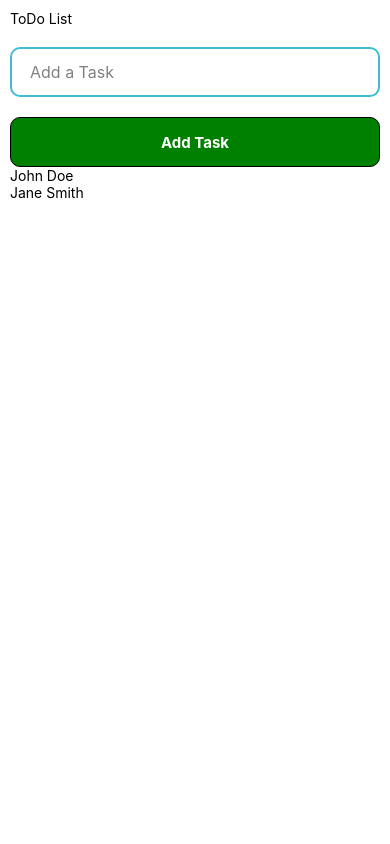
Repository: raisingh22/Projects
Screen: /
An editor plug-in stored every save of this project. The screen is shown before and after a run of saves, followed by the edit.
The app was drawn by React Native's web renderer in a window 390 px wide. The project was rebuilt for these pictures with package versions that can differ from the ones it lists, and the page was loaded fresh each time.

Above is the screen before, as saved 2024-01-21 19:10:13.

### App.js
import { View, Text, SafeAreaView } from 'react-native'
import React from 'react'
import ToDo from './src/ToDoList/screens/ToDo'

const App = () => {
  return (
   <SafeAreaView style={{
    flex:1
   }}>
     <ToDo/>
   </SafeAreaView>
  )
}

export default App

### src/ToDoList/screens/ToDo.js
import {StyleSheet, Text, TextInput, View} from 'react-native';
import React from 'react';
import MyBtn from '../../components/MyBtn';
import MyFlatList from '../../components/MyFlatList';

const DummyData = [
  {
    id: '1',
    name: 'John Doe',
  },
  {
    id: '2',
    name: 'Jane Smith',
  },
];
const ToDo = () => {
  return (
    <View
      style={{
        margin: 10,
      }}>
      <Text>ToDo List</Text>
      <TextInput
        placeholder="Add a Task"
        placeholderTextColor={'grey'}
        style={styles.textInput}
      />
      <MyBtn
        text={'Add Task'}
        btnStyle={{backgroundColor: 'green'}}
        textStyle={{
          fontSize: 15,
          fontWeight: 'bold',
        }}
      />
      <MyFlatList
        data={DummyData}
        renderItem={(item, index) => (
          <View>
            <Text>{item.name}</Text>
          </View>
        )}
      />
    </View>
  );
};

export default ToDo;

const styles = StyleSheet.create({
  textInput: {
    width: '100%',
    height: 50,
    marginVertical: 20,
    borderWidth: 2,
    paddingVertical: 14,
    paddingHorizontal: 18,
    fontSize: 16,
    borderColor: '#40bdd4',
    borderRadius: 10,
  },
});

### src/components/MyBtn.js
import {StyleSheet, Text, TouchableOpacity, View} from 'react-native';
import React from 'react';

const MyBtn = ({text, onPress, btnStyle , textStyle}) => {
  return (
    <TouchableOpacity style={[styles.btn, btnStyle]} onPress={onPress}>
      <Text style={[styles.btnText, textStyle]} >{text}</Text>
    </TouchableOpacity>
  );
};

export default MyBtn;

const styles = StyleSheet.create({
  btn: {
    width: '100%',
    height: 50,
    backgroundColor: 'black',
    borderWidth: 1,
    borderRadius: 10,
    alignItems: 'center',
    justifyContent: 'center',
  },
  btnText: {
    color: 'white',
    // You can add more text styles here if needed
  },
});

### src/components/MyFlatList.js
import {FlatList, StyleSheet, Text, View} from 'react-native';
import React from 'react';

const MyFlatList = ({data, renderItem = (item, index) => {}}) => {
  return (
    <FlatList
      data={data}
      renderItem={({ item, index }) => renderItem(item, index)}
      keyExtractor={item => item.id.toString()}
      style={styles.list}
    />
  );
};

export default MyFlatList;

const styles = StyleSheet.create({
  list: {},
});

After the next 2 saves:
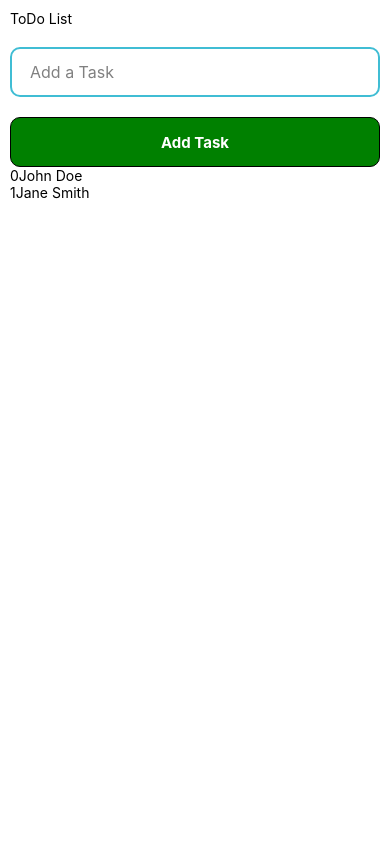
The 2 saves are shown as one change because they came seconds apart.
The last was saved 14 s later.
--- a/src/ToDoList/screens/ToDo.js
+++ b/src/ToDoList/screens/ToDo.js
@@ -37,7 +37,7 @@ const ToDo = () => {
         data={DummyData}
         renderItem={(item, index) => (
           <View>
-            <Text>{item.name}</Text>
+            <Text>{index}{item.name}</Text>
           </View>
         )}
       />
